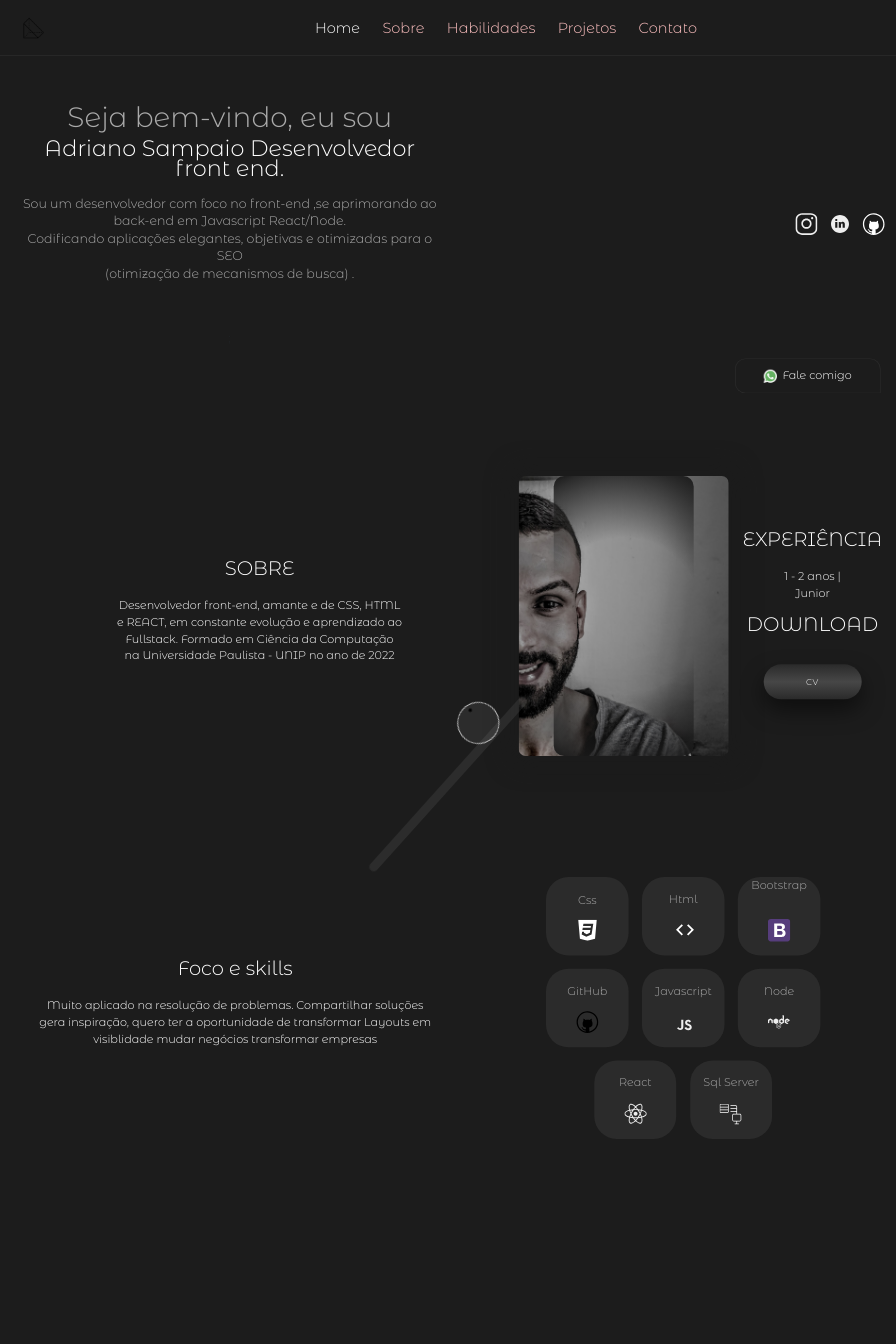
Repository: adrianodisam/NovoPortifolio
Page: /
The author's editor kept a copy of each file at every save. The page is drawn from the files as they stood at one save, then again after the next save.
The browser window is 1280 px wide. The pictures show the part of the page from y = 0 to 1920 px (the page is 3024 px tall), at 70% of full size.
The project was rebuilt for these pictures with package versions that can differ from the ones it lists, and the page was loaded fresh each time. Imported but missing from the stored project, and not drawn on this page: src/componentes/Download/Adriano.pdf.

Above is the page before, as saved 2024-11-02 16:44:42.

After the next save:
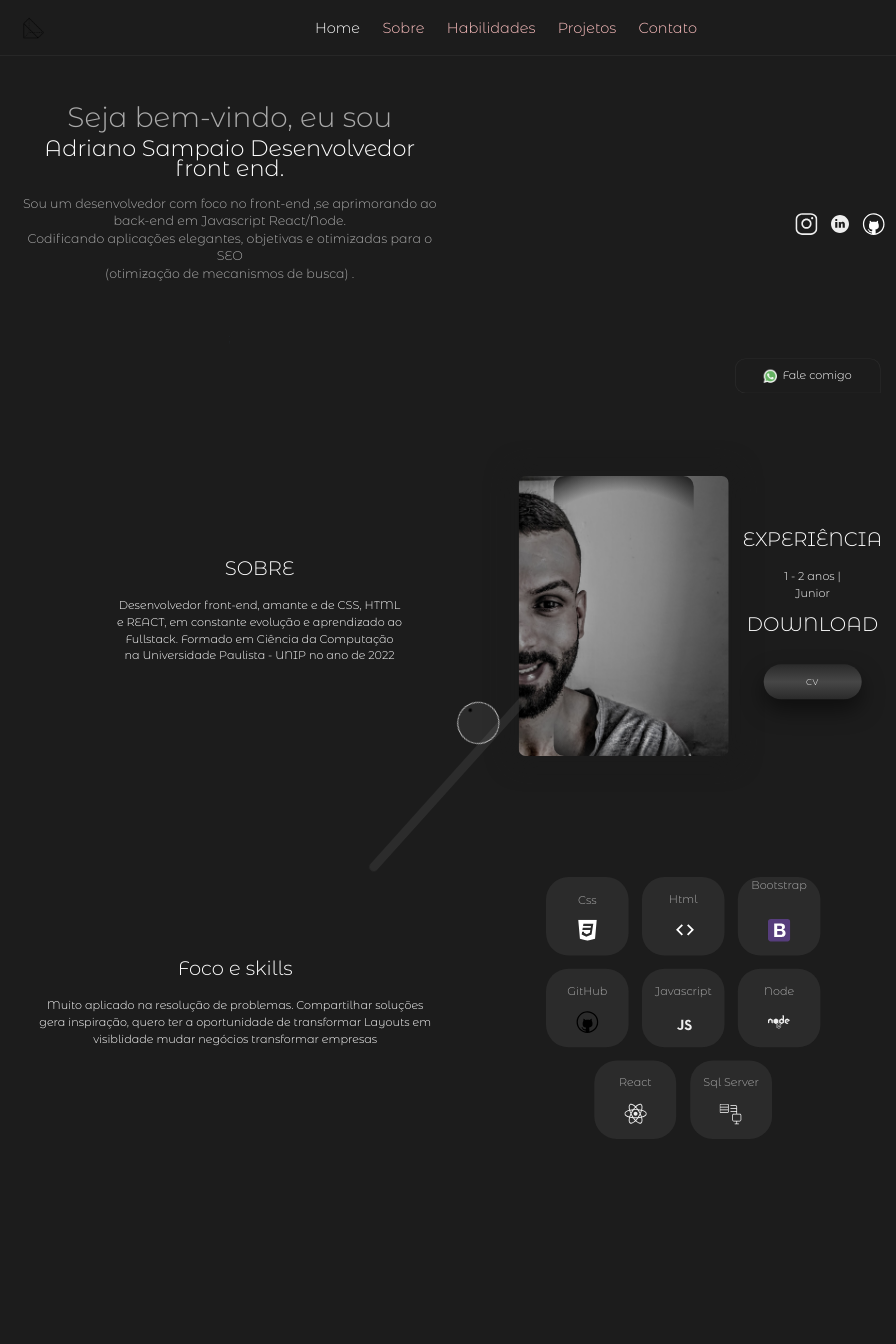
Saved 30 s later.
--- a/src/componentes/FotoSobre/FotoSobre.module.css
+++ b/src/componentes/FotoSobre/FotoSobre.module.css
@@ -24,7 +24,7 @@
   position: absolute;
   width: 200px; /* Um pouco maior que a imagem para o efeito de borda */
   height: 400px;
-  background: radial-gradient(circle, rgba(28, 28, 28, 0) 50%, #1c1c1c 100%);
+  background: radial-gradient(circle, rgba(28, 28, 28, 0) 80%, #1c1c1c 100%);
   border-radius: 15px;
   z-index: 0;
 }
